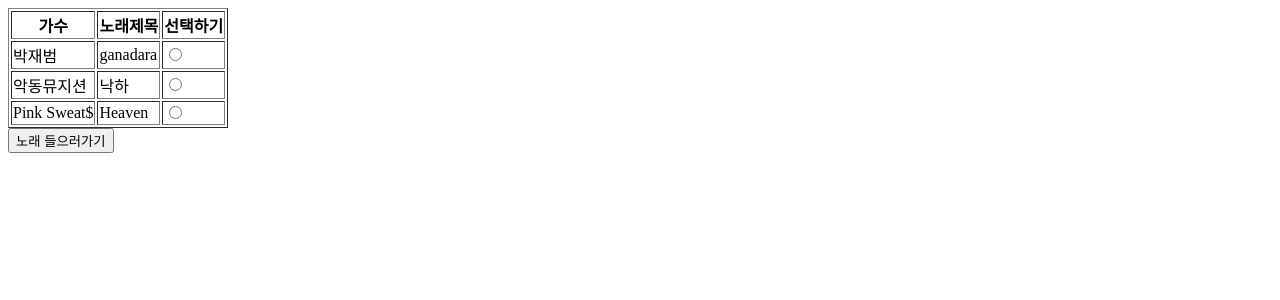
Repository: SimpleRan/jsp_paractice2
Page: http://localhost/JSPBasic/jspobject/qiuz/music.jsp
An editor plug-in stored every save of this project. The page is shown before and after the next save, followed by the edit.
The browser window is 1280 px wide. The pictures show the whole page.
The page is served by Tomcat 9.

Above is the page before, as saved 2022-03-28 10:08:45.

After the next save:
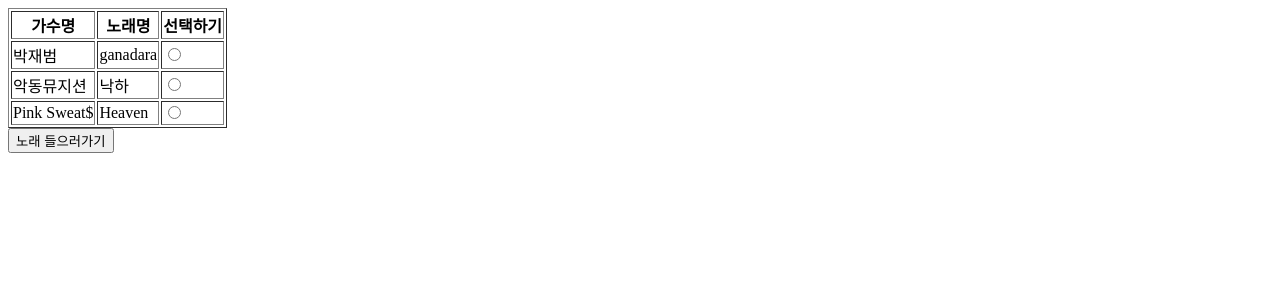
Saved 95 s later.
--- a/JSPBasic/src/main/webapp/jspobject/qiuz/music.jsp
+++ b/JSPBasic/src/main/webapp/jspobject/qiuz/music.jsp
@@ -10,12 +10,14 @@
 <!-- music.jsp  에는 테이블 형태로 가수, 노래제목, radio를 두시고
 곡은 3곡이상 두세요. music_result.jsp에서는 music.jsp에서 보낸 노래제목을 받아서 감지한다음
 유튜브 영상 주로로 리다이렉트 시키게 해주세요. -->
-	<form aciton = "music_result.jsp" method="post">
-	 <table  border ="1"  >
+	<form aciton = "http://localhost:8181/JSPBasic/jspobject/qiuz/music_result.jsp" method="post">
+	 <table  border ="1">
 	  <thead>
-	    <th> 가수 </th>
-	    <th> 노래제목 </th>
-	    <th> 선택하기 </th>
+	   <tr>
+	      <th> 가수명 </th>
+	      <th> 노래명 </th>
+	      <th> 선택하기 </th>
+	    </tr>
 	  </thead>
 	  <tbody>
 	   <tr>
